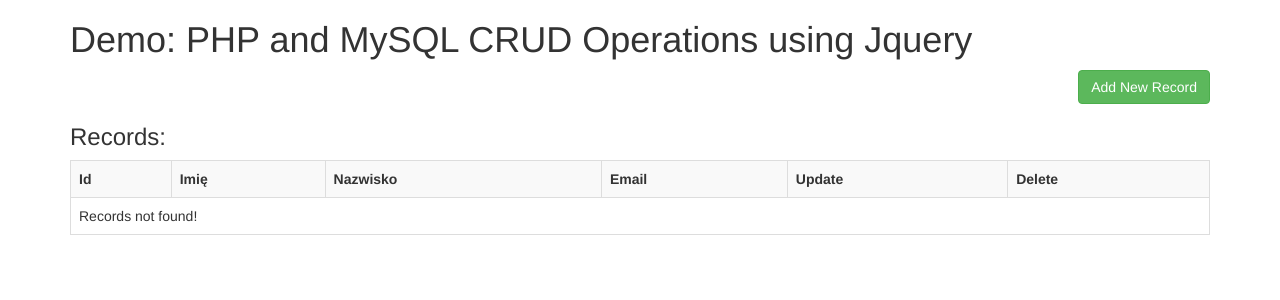
Repository: wojciechDrozd/php
Page: http://localhost/
The author's editor kept a copy of each file at every save. The page is drawn from the files as they stood at one save, then again after the next save.
The browser window is 1280 px wide. The pictures show the whole page.
Some web libraries are served in a nearby version. The page is run by PHP 8.4 with error messages shown; the project is at /var/www/html/. Queries for data that is not in the repository find no rows.

Above is the page before, as saved 2017-04-10 18:08:58.

After the next save:
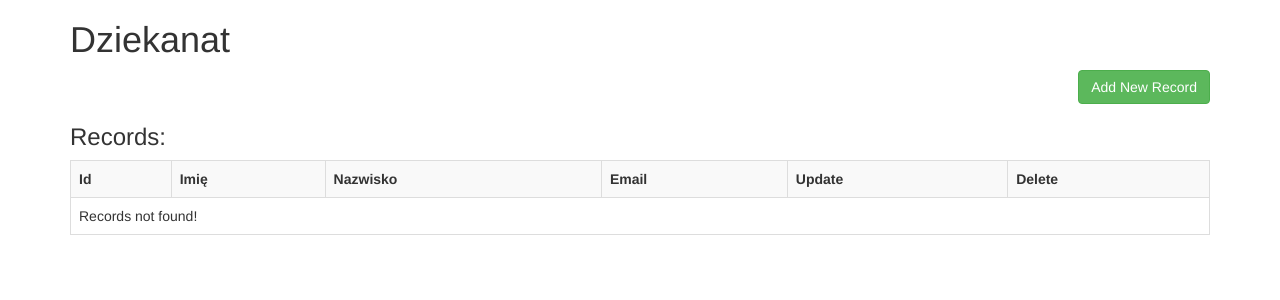
Saved 35 s later.
--- a/1/CRUDexample/index.php
+++ b/1/CRUDexample/index.php
@@ -21,7 +21,7 @@
 <div class="container">
     <div class="row">
         <div class="col-md-12">
-            <h1>Demo: PHP and MySQL CRUD Operations using Jquery</h1>
+            <h1>Dziekanat</h1>
         </div>
     </div>
     <div class="row">
